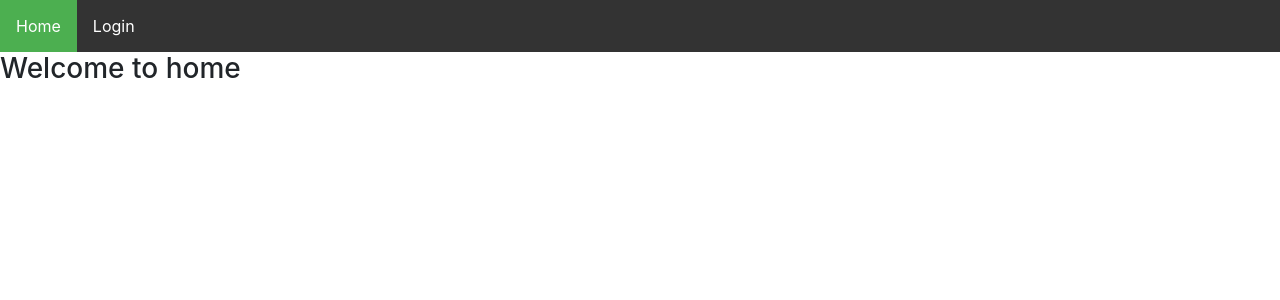
Repository: dechavez4/semester3_exam_frontend
Page: /
The author's editor kept a copy of each file at every save. The page is drawn from the files as they stood at one save, then again after the next save.
The browser window is 1280 px wide. The pictures show the whole page.
The project was rebuilt for these pictures with package versions that can differ from the ones it lists, and the page was loaded fresh each time. Also part of the build but not shown: src/App.css.

Above is the page before, as saved 2019-11-15 14:13:41.

After the next save:
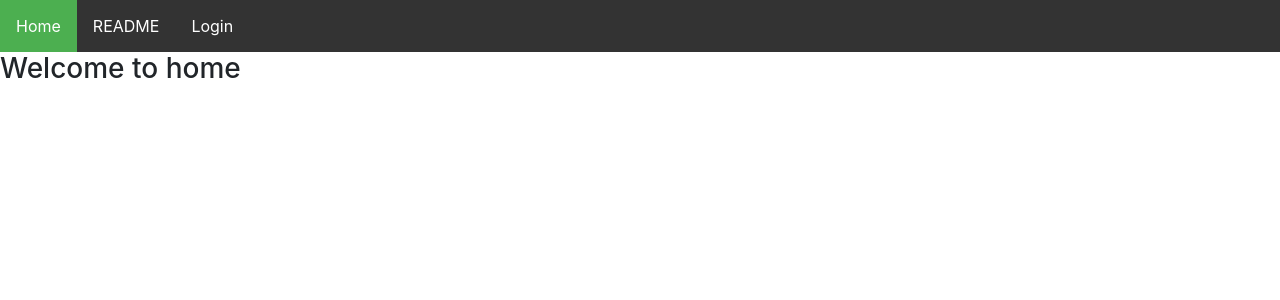
Saved 3 days later.
--- a/src/App.js
+++ b/src/App.js
@@ -95,6 +95,11 @@ const HeaderStart = () => {
       <li>
         <NavLink exact activeClassName="active" to="/">
           Home
+        </NavLink>
+      </li>
+      <li>
+        <NavLink activeClassName="active" to="/readme">
+          README
         </NavLink>
       </li>
       <li>
